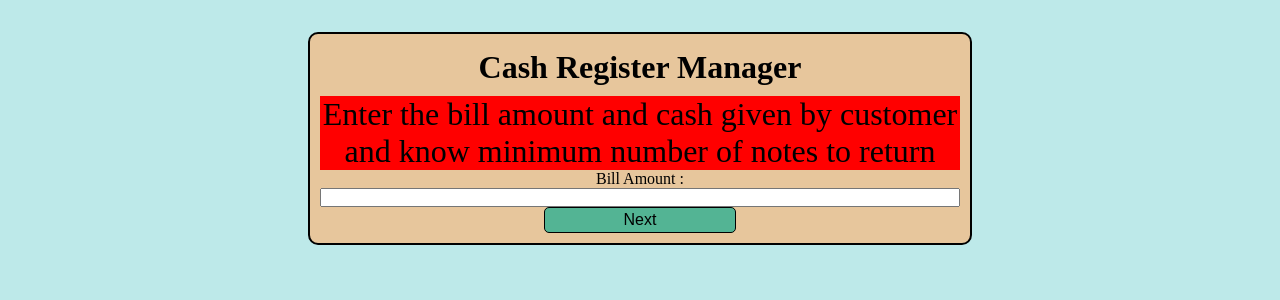
Repository: patelamancode/Cash-register-manager-app
Page: index.html
These files come from the project's save history. The page is drawn as it stood at one moment and after the next save; the edit follows.
The browser window is 1280 px wide. The pictures show the whole page.

Above is the page before, as saved 2022-11-18 15:49:43.

### index.html
<!DOCTYPE html>
<html lang="en">

<head>
    <meta charset="UTF-8">
    <meta http-equiv="X-UA-Compatible" content="IE=edge">
    <meta name="viewport" content="width=device-width, initial-scale=1.0">
    <link rel="stylesheet" href="index.css">
    <title>Cash register app</title>
</head>

<body>
    <div id="main-container">
        <h1 class="heading">Cash Register Manager</h1>
        <p id="description">Enter the bill amount and cash given by customer
            and know minimum number of notes to return
        </p>
        <label for="Bill-amount">Bill Amount :</label>
        <input type="text" id="bill-amount">
        <button id="next-btn">Next</button>
        <div class="sub-container">
            <label for="Cash-amount" class="cash-section">User Cash :</label>
            <input type="text" id="cash-amount">
            <button class="check-btn">Check</button>
            <p class="error-message"></p>
            <table class="change-cash">
                <caption>Return Change Cash :</caption>
                <tr>
                    <th>No. of notes</th>
                    <td class="notes-number"></td>
                    <td class="notes-number"></td>
                    <td class="notes-number"></td>
                    <td class="notes-number"></td>
                    <td class="notes-number"></td>
                    <td class="notes-number"></td>
                    <td class="notes-number"></td>
                    <td class="notes-number"></td>
                    <td class="notes-number"></td>
                    <td class="notes-number"></td>
                </tr>
                <tr>
                    <th>Notes</th>
                    <td>2000</td>
                    <td>1000</td>
                    <td>500</td>
                    <td>200</td>
                    <td>100</td>
                    <td>50</td>
                    <td>20</td>
                    <td>10</td>
                    <td>5</td>
                    <td>1</td>
                </tr>
            </table>
        </div>
    </div>

    <script src="index.js"></script>
</body>

</html>

### index.css
*{
    margin: 0;
    padding: 0;
}

body{
    background-color: rgb(189, 233, 233);
}

#main-container{
    display: flex;
    flex-direction: column;
    width: 50vw;
    margin: auto;
    margin-top: 2rem;
    padding: 10px;
    border: 2px solid black;
    border-radius: 10px;
    background-color: rgb(231, 198, 156);
    text-align: center;
}

h1{
    margin-bottom: 10px;
    padding-top: 5px;
}

#description{
    background-color: red;
    font-size: 2rem;
}

button{
    width: 30%;
    margin: auto;
    padding: 3px;
    font-size: 1rem;
    font-weight: 500;
    border: 1px solid;
    background-color: rgb(83, 180, 148);
    border-radius: 5px;
}

.sub-container{
    display: none;
    flex-direction: column;
    width: 50vw;
    margin: auto;
}

### index.js
// document.querySelector('.check-btn').addEventListener('click', function(){
//     console.log("Check button is clicked")
// })

const billAmount = document.querySelector('#bill-amount');
const cashAmount = document.querySelector('#cash-amount');
const checkButton = document.querySelector('.check-btn');
const errorMessage = document.querySelector('.error-message');
const notesDisplay = document.querySelectorAll('.notes-number');
// from here
const hideContent = document.querySelector('.sub-container');
const nextButton = document.querySelector('#next-btn');


// Testing console values for all inputs
// checkButton.addEventListener('click', function(){
//     console.log(cashAmount.value);
// })

nextButton.addEventListener('click', function(){
    hideContent.style.display = "flex"
    hideContent.style.flexDirection = "column"
})
// to here

const displayErrorMessage = function (message) {
    errorMessage.style.display = "block";
    errorMessage.style.backgroundColor = "red";
    errorMessage.innerText = message;
}
const hideErrorMessage = function(){
    errorMessage.style.display = "none";

}

const notesArray = [2000, 1000, 500, 200, 100, 50, 20, 10, 5, 1];
const numberOfNotesGiven = function(returnAmount){
    for(let i=0; i< notesArray.length; i++){
        let notesCount = Math.trunc(returnAmount/notesArray[i]);
        returnAmount = returnAmount%notesArray[i];
        notesDisplay[i].innerText = notesCount;
    }
}

checkButton.addEventListener('click', function amountValidation() {
    hideErrorMessage();

    if (billAmount.value > 0) {
        if(cashAmount.value >= billAmount.value){
            const returnAmount = cashAmount.value - billAmount.value;
            numberOfNotesGiven(returnAmount);
        }
        else{
            displayErrorMessage("Invalid Cash value as per Bill amount");
        }
    }
    else {
        displayErrorMessage("Please make sure input bill amount must be positive and non-zero value");
    }
})



// 1550

After the next save:
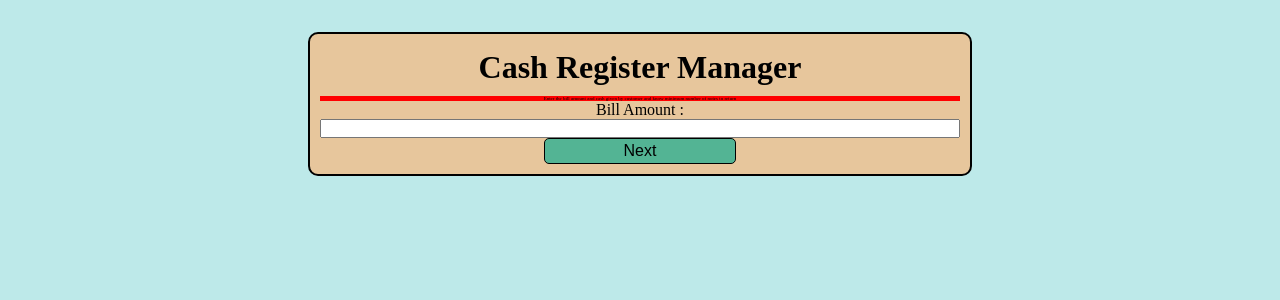
Saved 7 s later.
--- a/index.css
+++ b/index.css
@@ -27,7 +27,7 @@ h1{
 
 #description{
     background-color: red;
-    font-size: 2rem;
+    font-size: 5px;
 }
 
 button{
